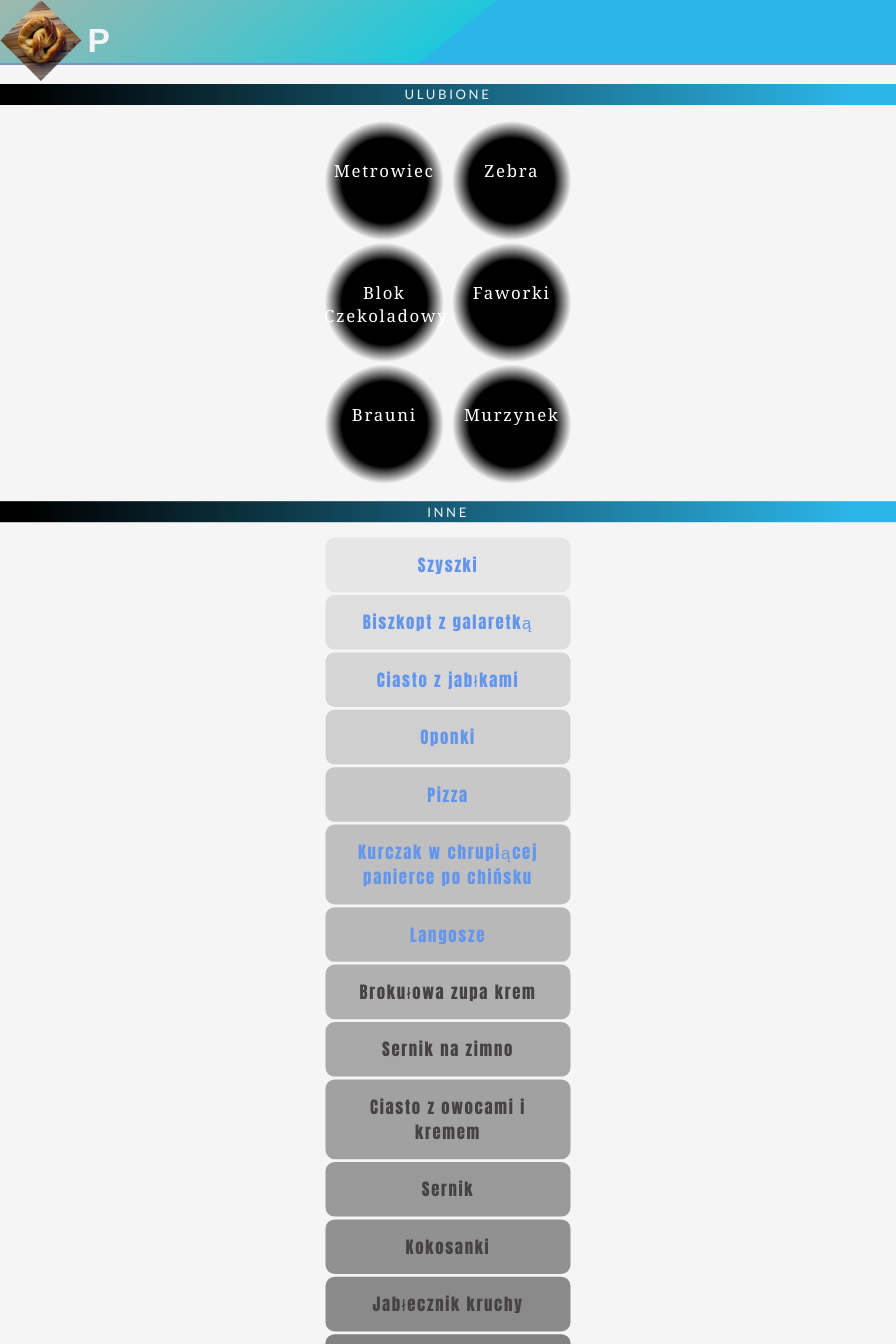
Repository: yaoayh/przepisy
Page: index.html
These files come from the project's save history. The page is drawn as it stood at one moment and after the next save; the edit follows.
The browser window is 1280 px wide. The pictures show the part of the page from y = 0 to 1920 px (the page is 3147 px tall), at 70% of full size.

Above is the page before, as saved 2020-08-14 18:48:18.

### index.html
<!DOCTYPE html>
<html>
    <head>
        <title>Przepisy</title>

        <meta charset="UTF-8">
        <meta name="viewport" content="width=device-width,
        initial-scale=1.0">
        <meta name="author" content="Dawid Litwin">

        <link rel="shortcut icon" href="images/icon.jpg">

        <link href="css/styles.css" type="text/css"
        rel="stylesheet" />
    </head>

    <body>
        <!--                HEADER                           -->
        <div id="header">
            <div class="picture">
                <a href="#top"><img src="images/precel.jpg" alt="precel"
                title="obrazek przedstawiajacy precel"
                width= "82,8" height= "82,8"></a>
            </div>
        <h1 class="inne">P</h1>
        <h1>Przepisy</h1>
        </div>


        <!--                    INFO 1                       -->

        <div class="info_Nr1">
            <h3>Ulubione</h3>
        </div>
        <!--                    SQARES                       -->

        <form class="head_Sqares">
            <!----------------------------------------------------------------------------------------------------------------------------------------------------------------------->
            <a class="m1" href="podstrony/metrowiec.html">
            <div class="sqares_Left">
                <p class="favorites">Metrowiec
                </p>
            </div></a>
            <a href="podstrony/Zebra.htm">
            <div class="sqares_Right">
                <p class="favorites">Zebra</p>
            </div></a>
            <!---->
            <a href="podstrony/blok_Czekoladowy.html"><div class="sqares_Left">
                <p class="bigger">Blok Czekoladowy</p>
            </div></a>
            <a href="podstrony/faworki.html"><div class="sqares_Right">
                <p>Faworki</p>
            </div></a>
            <!---->
            <a href="podstrony/brauni.html"> <div class="sqares_Left">
                <p>Brauni</p>
            </div></a>
            <a href="podstrony/murzynek.html"><div class="sqares_Right">
                <p>Murzynek</p>
            </div></a>
            <!----------------------------------------------------------------------------------------------------------------------------------------------------------------------->
        </form>
        <div class="info_Nr2">
            <h3>Inne</h3>
        </div>
        <!--            CZEŚĆ DRUGA                          -->

        <form class="main2">
            <a href="podstrony/szyszki.html"><div class="n1"><p class="p1">Szyszki</p></div></a>
            <a href="podstrony/biszkopt_z_galaretką.html"><div class="n2"><p class="p1">Biszkopt z galaretką</p></div></a>
            <a href="podstrony/ciasto_z_jablkami.html"><div class="n3"><p class="p1">Ciasto z jabłkami</p></div></a>
            <a href="podstrony/oponki.html"><div class="n4"><p class="p1">Oponki</p></div></a>
            <a href="podstrony/pizza.html"><div class="n5"><p class="p1">Pizza</p></div></a>
            <a href="podstrony/kurczak_po_chinsku.html"><div class="n6"><p class="p1">Kurczak w chrupiącej panierce po chińsku</p></div></a>
            <a href="podstrony/langosze.html"><div class="n7"><p class="p1">Langosze</p></div></a>
            <a href="podstrony/brokulowa_zupa_krem.html"><div class="n8"><p class="p1_Shadow">Brokułowa zupa krem</p></div></a>
            <a href="podstrony/sernik_na_zimno.html"><div class="n9"><p class="p1_Shadow">Sernik na zimno</p></div></a>
            <a href="podstrony/ciasto_z_owocami_i_kremem.html"><div class="n10"><p class="p1_Shadow">Ciasto z owocami i kremem</p></div></a>
            <a href="podstrony/sernik.html"><div class="n11"><p class="p1_Shadow">Sernik</p></div></a>
            <a href="podstrony/kokosanki.html"><div class="n12"><p class="p1_Shadow">Kokosanki</p></div></a>
            <a href="podstrony/jablecznik_kruchy.html"><div class="n13"><p class="p1_Shadow">Jabłecznik kruchy</p></div></a>
            <a href="podstrony/ciasto_kasi.html"><div class="n14"><p class="p1_Shadow">Ciasto Kasi</p></div></a>
            <a href="podstrony/ciasto_ucierane.html"><div class="n15"><p class="p1">Ciasto ucierane z owocami</p></div></a>
            <a href="podstrony/gofry.html"><div class="n16"><p class="p1">Gofry</p></div></a>
            <a href="podstrony/brauni.html"><div class="n17"><p class="p1">Brauni Kasi</p></div></a>
            <a href="podstrony/salatka_francuska.html"><div class="n18"><p class="p1">Sałatka francuska</p></div></a>
            <a href="podstrony/botwina.html"><div class="n19"><p class="p1">Botwina</p></div></a>
            <a href="podstrony/nalewka.html"><div class="n20"><p class="p1">Nalewka</p></div></a>
            <a href="podstrony/salatka_zolta.html"><div class="n21"><p class="p1">Sałatka żółta</p></div></a>
            <a href="podstrony/ogorki_konserwowe.html"><div class="n22"><p class="p1">Ogórki konserwowe</p></div></a>
            <a href="podstrony/zacierki.html"><div class="n23"><p class="p1">Zacierki</p></div></a>
            <div class="n24"><p class="p1">Zupa serowa z pulpetami</p></div>
            <a href="podstrony/sos_beszamelowy_zapiekany.html"><div class="n25"><p class="p1">Sos beszamelowy Zapiekany</p></div></a>
            <a href="podstrony/kurczak_z_antylii.html">
                <div class="n26">
                    <p class="p1">Kurczak z Antylii</p>
                </div>
            </a>
            <br>

        </form>
        <br><br><br>

        <!--            PRAWA AUTORIESKIE                    -->

        <form class="bottom">
            <strong> <q>Precel</q>
                by <a class="a_Bottom" href="https://www.flickr.com/photos/ajay_suresh/">ajay_suresh</a>
        </strong>
        </form>


    </body>
</html>

### css/styles.css
@keyframes firstletter {
    0% {
        font-family: "Arial Black", Gadget, sans-serif;
    }
    25% {
        font-family: "Courier New", Courier, monospace;
    }
    50% {
        font-family: "Comic Sans MS", cursive, sans-serif;
    }
    75% {
        font-family: "Agency FB";
    }
    100% {
        font-family: "Tw Cen MT";
    }
}
@keyframes moving {
    from {
        transform: translateX(-5px);
    }
    to {
        transform: translateX(0px);
    }
}
@keyframes shake {
    from {
        color: #2cb5e8;
    }
    to {
        color: whitesmoke;
    }
}
@keyframes main_Circle {
    from {
        /* background-color: cornflowerblue; */
        opacity: 0;
        /* background-image: radial-gradient(circle,red,red 50%,whitesmoke 70%); */
    }
    to {
        /* background-color: black; */
        opacity: 1;
        /* background-image: radial-gradient(circle,black,black 50%,whitesmoke 70%); */
    }
}
html{overflow: scroll;}
body {
    height: auto;
	margin: 0px;
    background-color: whitesmoke;
}

/*                      Nagłówek                    */
body.body_Undersite{
    padding: 5px;
}
#header {
    top: 0px;
    width: 100%;
    height: 90px;
    position: fixed;
    background-color: black;
    background-image: linear-gradient(141deg, #9fb8ad 0%, #1fc8db 51%, #2cb5e8 51%, #2cb5e8 75%);
    border-bottom: 2px solid cornflowerblue;}

.picture{
    margin: 16px;
    float: left;
    width: 82px;
    transform: rotate(45deg);}

h1 {
    text-transform: uppercase;
    font-family: Arial, Helvetica, sans-serif;
    letter-spacing: 0.2em;
    font-style: normal;
    color: whitesmoke;
    padding: 30px 30px 30px 15px;
    margin-left: 110px;
    margin-top: 0px;
    animation-name: firstletter;
    animation-duration: 10s;
}

h1::first-letter {
    font-size: 150%;
    letter-spacing: 2px;
}


/*                  CZESC II                    */
form.main2{
    margin: auto;
    height: auto; /*531px;*/
    width: 354px;/*354px;*/
    background-color: whitesmoke;
    padding: 5px;}
.info_Nr1, .info_Nr2{
    background-image: linear-gradient(to right, black 3%,#2cb5e8 95%);
    border: 12px 12px 12px 12px;
    border-color: black;
    border-style: single;
    text-align: center;
    margin-top: 120px;
    margin-bottom: 15px;
}

h3 {
    font-weight: normal;
    color: whitesmoke;
    font-family: "Gill Sans", Arial, sans-serif;
    text-transform: uppercase;
    text-align: center;
    padding: 4px;
    margin: 0px;
    letter-spacing: 0.2em;}

/*                      BLOKI                   */

form.head_Sqares {
    margin: auto;
    height: 531px; /*531px;*/
    width: 354px;/*354px;*/
    background-color: whitesmoke;
    border-radius: 20px;
    padding: 5px;}

.sqares_Left, .sqares_Right {
    /* opacity: 0; */
    text-decoration: none;
    border-radius: 15px;
    margin-top: 2px;
    width: 172px;
    height: 172px;
    /* background-image: linear-gradient(whitesmoke, black); */
    /* background-image: linear-gradient(white, black, black); */
    background-image: radial-gradient(circle,black,black 50%,whitesmoke 70%);
    color: white;
    /* overflow: auto; */
    animation-name: main_Circle;
    animation-duration: 3s;

    /* border: 2px solid rgba(0, 0, 0, .1); */
    /* border-top: 2px solid rgba(245, 245, 245, 0.959); */
    /* border-top: 2px solid rgb(133, 133, 133); */

}
.sqares_Left{
    float: left;
    }
/* .first_Choice{color: cornflowerblue;} */
.sqares_Right{
    float: right ;
    clear: right;}
p {

    border-radius: 5px;
    text-decoration: none;
    padding-top: 55px;
    text-align: center;
    font-family: Georgia, 'Times New Roman', Times, serif;
    font-size: x-large;
    letter-spacing: 0.10em;
    margin:0px;
    animation-name: shake;
    animation-duration: 3s;
}
p.p1_Shadow{padding: 21px; color: rgb(70, 66, 66);
    font-family: Impact, Haettenschweiler, 'Arial Narrow Bold', sans-serif;
text-decoration: none;
animation-name: moving;
    animation-duration: 1s;
    animation-timing-function:cubic-bezier(.57,-1.01,.67,.68) ;}
p.p1{
    font-family: Impact, Haettenschweiler, 'Arial Narrow Bold', sans-serif;
    text-decoration: none;
    padding: 21px;
    color: cornflowerblue;
    animation-name: moving;
    animation-duration: 1s;
    animation-timing-function:cubic-bezier(.58,-1.24,.29,1.98) ;
}
#bigger {
    font-size: 9px;
    padding: 0px 0px;}
.info_Nr2 {margin-top: 10px;}

.n1,.n2,.n3,.n4,.n5,.n6,.n7,.n8,.n9,.n10,.n11,.n12,.n13,.n14,.n15,.n16,.n17,.n18,.n19,.n20,.n21,.n22,.n23,.n24,.n25,.n26,.n27{
    border-radius: 15px;
    border: 2px solid whitesmoke;
    clear: both;}
div.n1 {

    background-color: hsl(0, 0%, 90%);
}
.n2{
    background-color: hsl(0,0%,87%);
}
.n3{
    background-color: hsl(0, 0%, 84%);
}
.n4{
    background-color: hsl(0, 0%, 81%);
}
.n5{
    background-color: hsl(0, 0%, 78%);
}
.n6{
    background-color: hsl(0, 0%, 75%);
}
.n7{
    background-color: hsl(0, 0%, 72%);
}
.n8{
    background-color: hsl(0, 0%, 69%);
}
.n9{
    background-color: hsl(0, 0%, 66%);
}
.n10{
    background-color: hsl(0, 0%, 63%);
}
.n11{
    background-color: hsl(0, 0%, 60%);
}
.n12{
    background-color: hsl(0, 0%, 57%);
}
.n13{
    background-color: hsl(0, 0%, 54%);
}
.n14{
    background-color: hsl(0, 0%, 51%);
}
.n15{
    background-color: hsl(0, 0%, 48%);
}
.n16{
    background-color: hsl(0, 0%, 45%);
}
.n17{
    background-color: hsl(0, 0%, 42%);
}
.n18{
    background-color: hsl(0, 0%, 39%);
}
.n19{
    background-color: hsl(0, 0%, 36%);
}
.n20{
    background-color: hsl(0, 0%, 33%);
}
.n21{
    background-color: hsl(0, 0%, 30%);
}
.n22{
    background-color: hsl(0, 0%, 27%);
}
.n23{
    background-color: hsl(0, 0%, 24%);
}
.n24{
    background-color: hsl(0, 0%, 21%);
}
.n25{
    background-color: hsl(0, 0%, 18%);
}
.n26{
    background-color: hsl(0, 0%, 15%);
}
.n27{background-color: hsl(0, 0%, 12%);}


/*                  PRAWA AUTORSKIE             */
.a_Bottom {
    text-decoration: none;
    color: white;
    text-decoration-line: underline;
}
.bottom {
    padding: 5px;
    text-decoration: none;
    background-color: black;
    color: white;
}
/**************************************************************************************/

#header_Undersite {
    top: 0px;
    width: 100%;
    height: 90px;
    position: fixed;
    background-color: black;
    border-bottom: 2px solid cornflowerblue;}
h1.h1_Undersite {
    letter-spacing: 0.15em;
}

a.m1:visited{
    color: cornflowerblue;
}
a {

    text-decoration: whitesmoke;

}
a:visited{
    color: whitesmoke;
}
a:hover{
    text-decoration: none;
    background-color: aquamarine;
    color: cyan;
}
td{
    font-size: large;
    text-decoration: solid;
    font-family: Arial, Helvetica, sans-serif;
    padding: 5px;
    background-color: cornflowerblue;
    border-radius: 5px;

}
form.form_Undersite{
    margin-top: 120px;
    background-color: rgb(245, 245, 245);
}
.name{
    max-width: 400px;
    border-radius: 35px;
    border: 8px double cornflowerblue;
    background-color: hsl(245,0%,95%);
    padding: 5px 0px 5px 5px;
    margin: 5px;}

h2 {
    text-align: left;
    font-size: x-large;
    text-transform: uppercase;
    font-family: Arial, Helvetica, sans-serif;
    letter-spacing: 0.2em;
    font-style: normal;
    color: whitesmoke;
    padding: 30px;
    border: 1px solid cornflowerblue;
    border-radius: 0px 20px 20px 0px;
    max-width: 120px;
    background-color: cornflowerblue;
    }
table {

    margin-right: 0px;
    padding: 10px 0px 10px 0px;
}
tr{
    empty-cells: hide;
}
td {
    width: 60px;
    background-color: hsl(0,0%,87%);
    border-radius: 10px;
    padding: 10px 5px 10px 10px;
    text-align: right;
    font-weight: bold;
}
td.table2{
    width: auto;
    background-color: cornflowerblue;
    border-radius: 50px;
    font-weight: normal;
    padding: 10px 10px 10px 10px;
    text-align: left;
}
ol{
    padding: 10px 0px 10px 0px;
    margin: 25px;
    border-radius: 20px;
    background-color: hsl(0,0%,87%);
}
li {

    font-family: Arial, Helvetica, sans-serif;
    font-size: large;
    padding: 15px 5px 10px 5px;
}
.ps{
    background-color: hsl(0,0%,87%);
    margin: 5px;
    border: 4px double cadetblue;
    border-radius: 5px;
    padding: 5px;
}

After the next save:
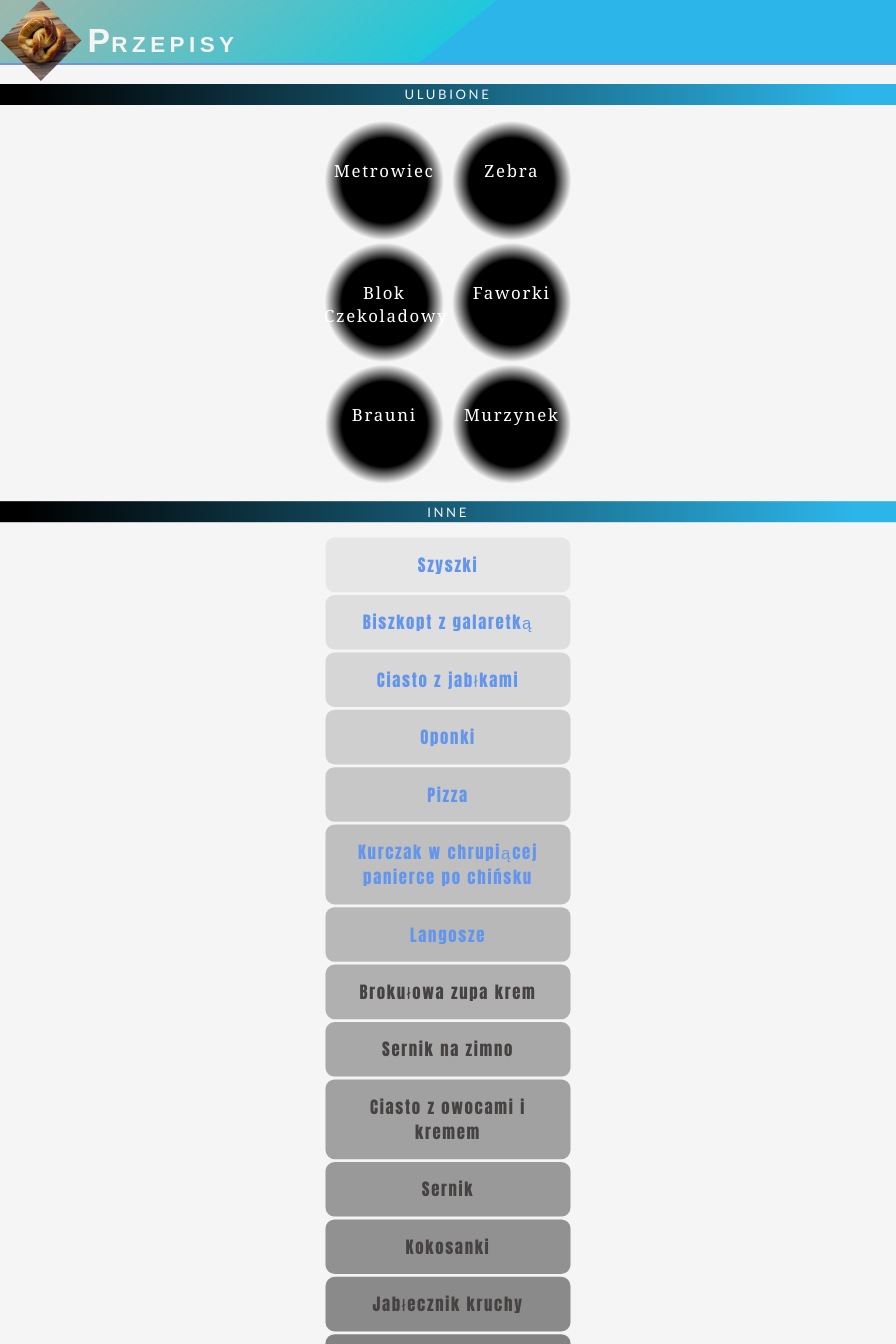
Saved 44 s later.
--- a/index.html
+++ b/index.html
@@ -22,8 +22,8 @@
                 title="obrazek przedstawiajacy precel"
                 width= "82,8" height= "82,8"></a>
             </div>
-        <h1 class="inne">P</h1>
-        <h1>Przepisy</h1>
+
+        <h1>Przepisy<h1>
         </div>
 
 

After the 2 saves that followed:
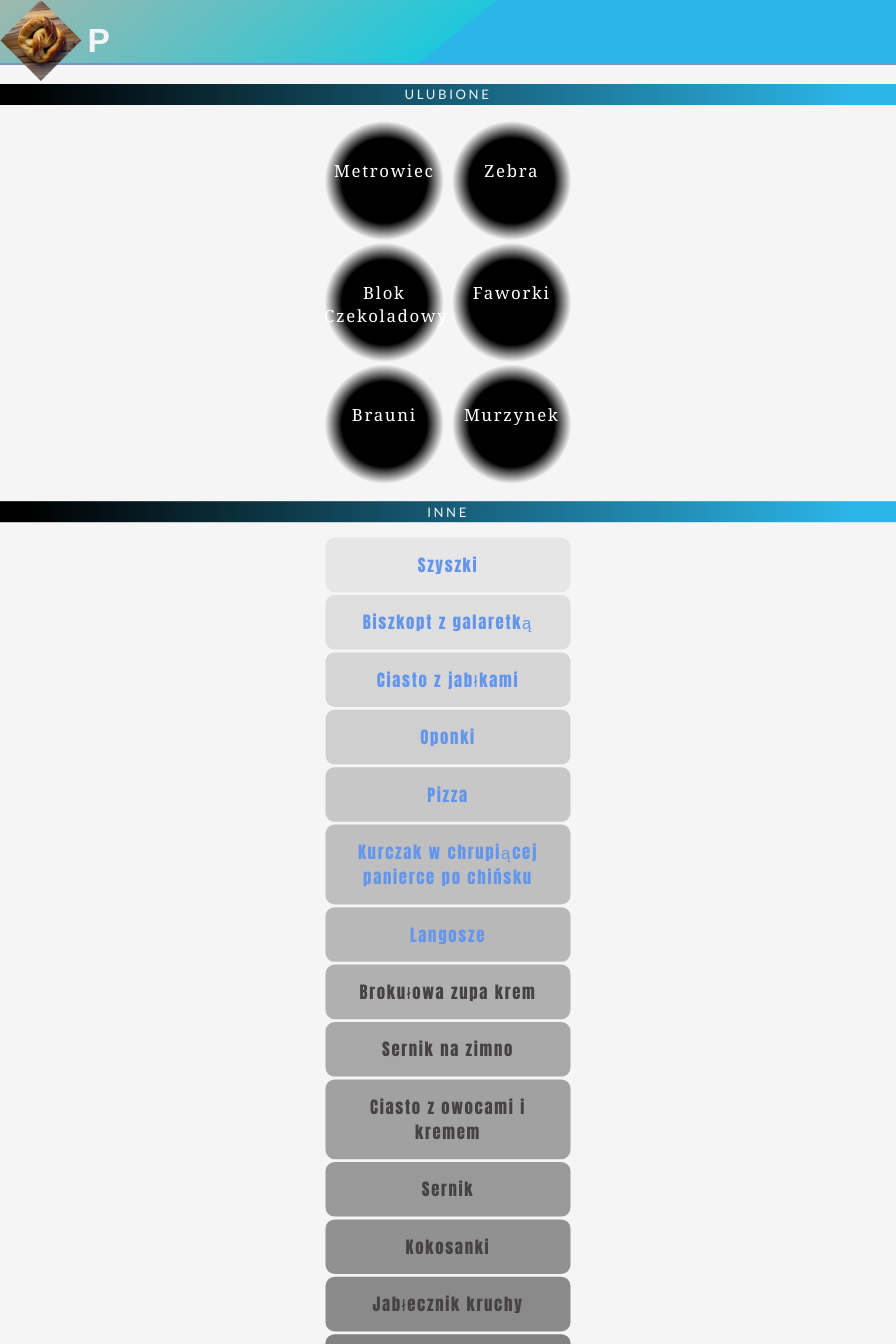
The 2 saves are shown as one change because 1 left the picture as it was.
The last was saved 35 s later.
--- a/index.html
+++ b/index.html
@@ -22,7 +22,7 @@
                 title="obrazek przedstawiajacy precel"
                 width= "82,8" height= "82,8"></a>
             </div>
-
+            <h1>P</h1>
         <h1>Przepisy<h1>
         </div>
 
